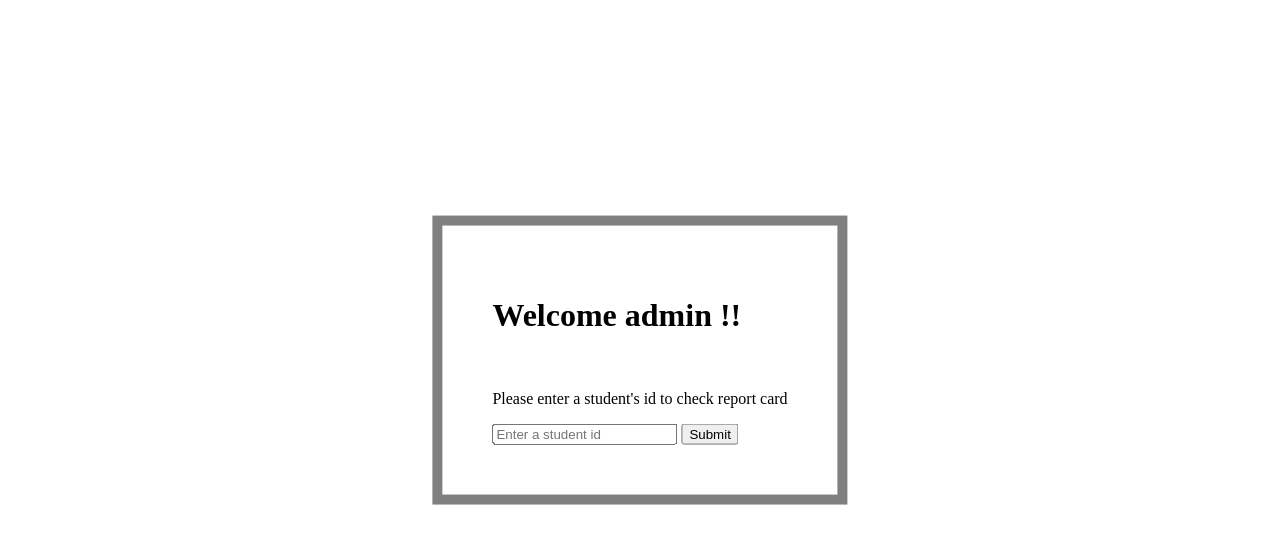
Repository: MriOj/OnlineExamPortal
Page: http://localhost/ExamPortal/admlogin.jsp
The author's editor kept a copy of each file at every save. The page is drawn from the files as they stood at one save, then again after a run of saves.
The browser window is 1280 px wide. The pictures show the whole page.
The page is served by Tomcat 9. Other server files are loaded and not shown.

Above is the page before, as saved 2021-09-05 09:46:29.

### ExamPortal/src/main/webapp/admlogin.jsp
<%@ page language="java" contentType="text/html; charset=ISO-8859-1"
    pageEncoding="ISO-8859-1"%>
<!DOCTYPE html>
<html>
<head>
<meta charset="ISO-8859-1">
<title>Admin</title>
<style>
.center {
position: absolute;
left: 50%;
top: 50%;
transform: translate(-50%, -50%);
border: 10px solid grey;
padding: 50px;
}
</style>
</head>
<body>
<div class="center">

  <h1>Welcome admin !!</h1> <br>
  <p> Please enter a student's id to check report card </p>
  <form action="reportcard" method="post">
  <input type="number" placeholder="Enter a student id" name="userid">
  <input type="submit">
  </form>

</div>
</body>
</html>

After the next 2 saves:
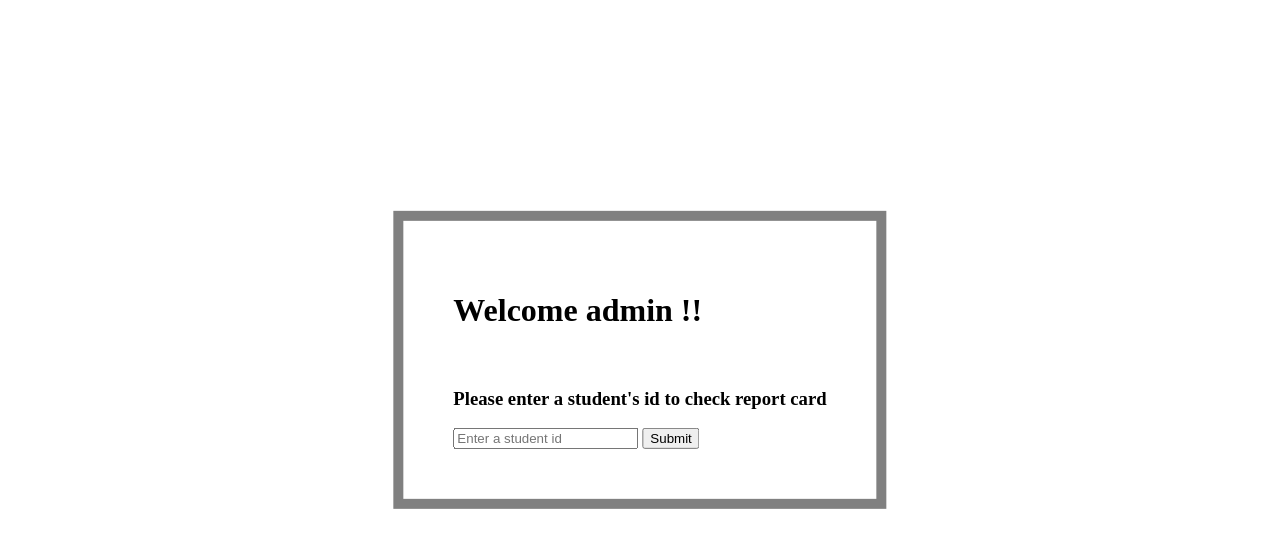
The 2 saves are shown as one change because they came seconds apart.
The last was saved 9 s later.
--- a/ExamPortal/src/main/webapp/admlogin.jsp
+++ b/ExamPortal/src/main/webapp/admlogin.jsp
@@ -20,7 +20,7 @@ padding: 50px;
 <div class="center">
 
   <h1>Welcome admin !!</h1> <br>
-  <p> Please enter a student's id to check report card </p>
+  <h3> Please enter a student's id to check report card </h3>
   <form action="reportcard" method="post">
   <input type="number" placeholder="Enter a student id" name="userid">
   <input type="submit">
